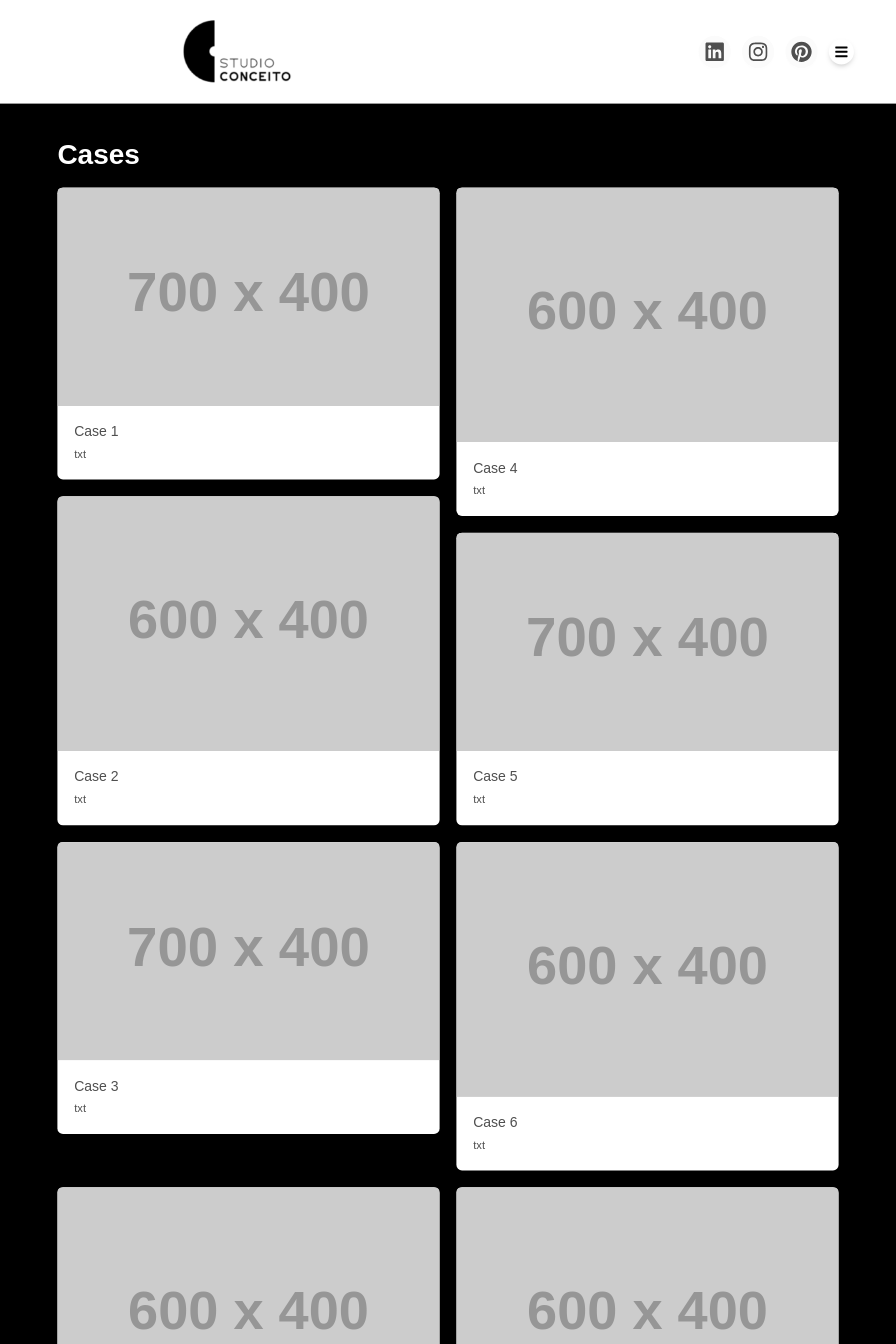
Repository: Upstairs-Agencia/studio-conceito-react
Page: /cases
These files come from the project's save history. The page is drawn as it stood at one moment and after a run of saves; the edit follows.
The browser window is 1280 px wide. The pictures show the part of the page from y = 0 to 1920 px (the page is 3413 px tall before and 1904 px after), at 70% of full size.
The project was rebuilt for these pictures with package versions that can differ from the ones it lists, and the page was loaded fresh each time. Also part of the build but not shown: src/pages/Home.js, src/pages/QuemSomos.js, src/pages/Servicos.js, src/pages/Blog.js, src/pages/Clientes.js, src/pages/Contato.js. Imported but missing from the stored project, and not drawn on this page: src/styles/cases.

Above is the page before, as saved 2024-12-29 11:25:12.

After the next 2 saves:
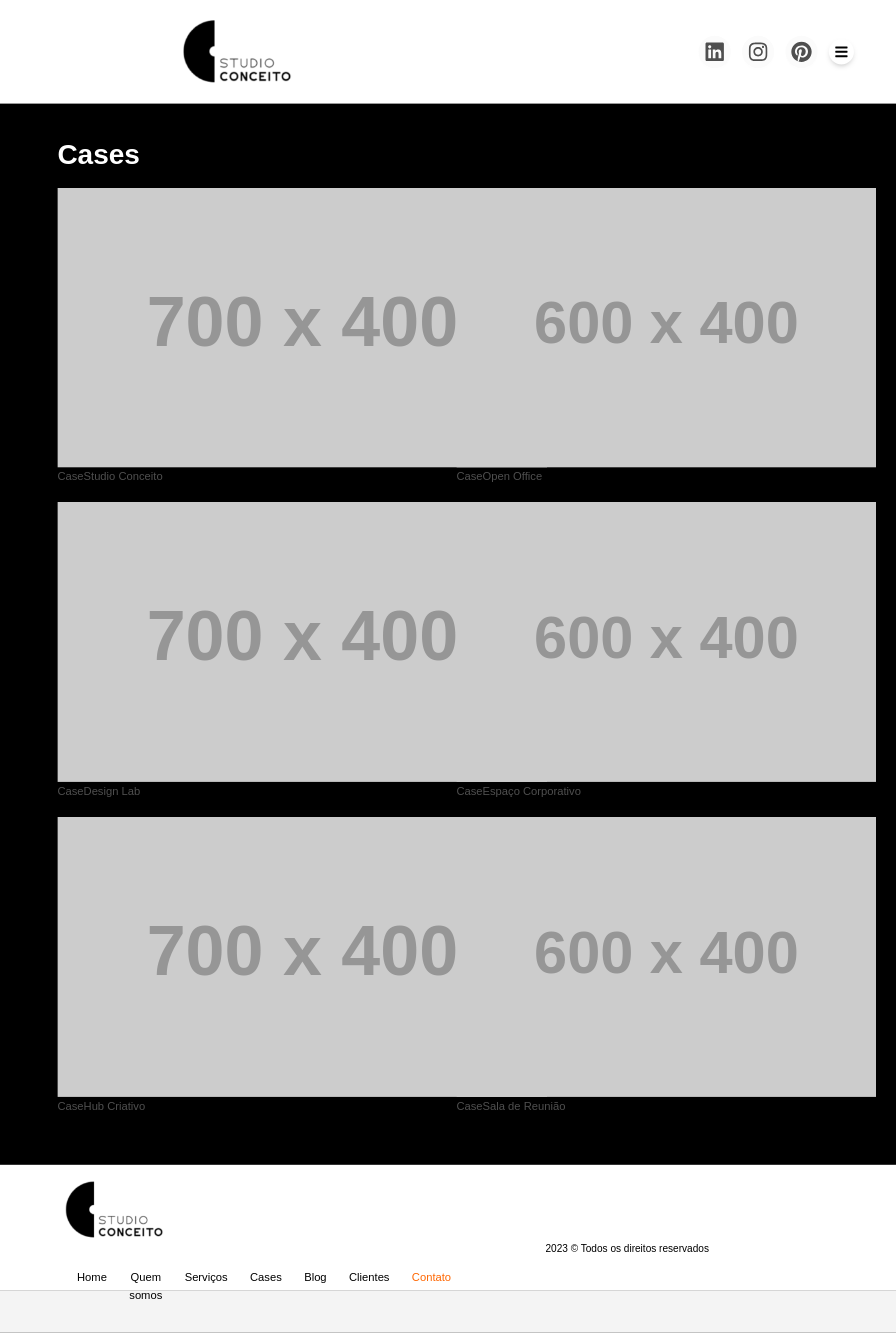
The 2 saves are shown as one change because 1 did not build or start.
The last was saved 21 s later.
--- a/src/pages/Cases.js
+++ b/src/pages/Cases.js
@@ -1,116 +1,85 @@
 import React from "react";
-import {MDBContainer,MDBRow,MDBCol,MDBCard,MDBCardImage,MDBCardBody,MDBCardTitle,MDBCardText} from "mdb-react-ui-kit";
-import Navbar from '../components/navbar';
-import Footer from '../components/footer';
-
-
+import {
+  MDBContainer,
+  MDBRow,
+  MDBCol,
+} from "mdb-react-ui-kit";
+import Navbar from "../components/navbar";
+import Footer from "../components/footer";
+import "../styles/cases";
 
 const caseStudies = [
   {
-    title: "Case 1",
-    description: "txt",
+    title: "Studio Conceito",
+    description: "Espaço moderno e funcional",
     image: "https://via.placeholder.com/700x400",
   },
   {
-    title: "Case 2",
-    description: "txt",
+    title: "Open Office",
+    description: "Ambiente colaborativo",
     image: "https://via.placeholder.com/600x400",
   },
   {
-    title: "Case 3",
-    description: "txt",
+    title: "Design Lab",
+    description: "Inovação e criatividade",
     image: "https://via.placeholder.com/700x400",
   },
   {
-    title: "Case 4",
-    description: "txt",
+    title: "Espaço Corporativo",
+    description: "Conforto e produtividade",
     image: "https://via.placeholder.com/600x400",
   },
   {
-    title: "Case 5",
-    description: "txt",
+    title: "Hub Criativo",
+    description: "Estilo e praticidade",
     image: "https://via.placeholder.com/700x400",
   },
   {
-    title: "Case 6",
-    description: "txt",
+    title: "Sala de Reunião",
+    description: "Elegância e tecnologia",
     image: "https://via.placeholder.com/600x400",
   },
 ];
 
 function Cases() {
   return (
-    <div style={{ backgroundColor: 'black' }}>
-    <Navbar />
-    <MDBContainer className="my-5">
-
-      <h1 className="mb-4"style={{alignItems: 'left', color: 'white', fontWeight: 'bold'}}>Cases</h1>
-      <MDBRow>
-        <MDBCol md="6">
-          {caseStudies.slice(0, 3).map((caseItem, index) => (
-            <MDBCard key={index} className="mb-4">
-              <MDBCardImage
-                src={caseItem.image}
-                position="top"
-                alt={`Imagem do ${caseItem.title}`}
-              />
-              <MDBCardBody>
-                <MDBCardTitle>{caseItem.title}</MDBCardTitle>
-                <MDBCardText>{caseItem.description}</MDBCardText>
-              </MDBCardBody>
-            </MDBCard>
+    <div style={{ backgroundColor: "black" }}>
+      <Navbar />
+      <MDBContainer className="my-5">
+        <h1
+          className="mb-4"
+          style={{
+            textAlign: "left",
+            color: "white",
+            fontWeight: "bold",
+          }}
+        >
+          Cases
+        </h1>
+        <MDBRow>
+          {caseStudies.map((caseItem, index) => (
+            <MDBCol md="6" className="mb-4" key={index}>
+              <div className="case-card">
+                <img
+                  src={caseItem.image}
+                  alt={`Imagem do ${caseItem.title}`}
+                  className="case-image"
+                />
+                <div className="case-overlay">
+                  <div className="case-info">
+                    <span className="case-title">Case</span>
+                    <span className="case-description">
+                      {caseItem.title}
+                    </span>
+                  </div>
+                </div>
+              </div>
+            </MDBCol>
           ))}
-        </MDBCol>
-        <MDBCol md="6">
-          {caseStudies.slice(3).map((caseItem, index) => (
-            <MDBCard key={index} className="mb-4">
-              <MDBCardImage
-                src={caseItem.image}
-                position="top"
-                alt={`Imagem do ${caseItem.title}`}
-              />
-              <MDBCardBody>
-                <MDBCardTitle>{caseItem.title}</MDBCardTitle>
-                <MDBCardText>{caseItem.description}</MDBCardText>
-              </MDBCardBody>
-            </MDBCard>
-          ))}
-        </MDBCol>
-        <MDBCol md="6">
-          {caseStudies.slice(3).map((caseItem, index) => (
-            <MDBCard key={index} className="mb-4">
-              <MDBCardImage
-                src={caseItem.image}
-                position="top"
-                alt={`Imagem do ${caseItem.title}`}
-              />
-              <MDBCardBody>
-                <MDBCardTitle>{caseItem.title}</MDBCardTitle>
-                <MDBCardText>{caseItem.description}</MDBCardText>
-              </MDBCardBody>
-            </MDBCard>
-          ))}
-        </MDBCol>
-        <MDBCol md="6">
-          {caseStudies.slice(3).map((caseItem, index) => (
-            <MDBCard key={index} className="mb-4">
-              <MDBCardImage
-                src={caseItem.image}
-                position="top"
-                alt={`Imagem do ${caseItem.title}`}
-              />
-              <MDBCardBody>
-                <MDBCardTitle>{caseItem.title}</MDBCardTitle>
-                <MDBCardText>{caseItem.description}</MDBCardText>
-              </MDBCardBody>
-            </MDBCard>
-          ))}
-        </MDBCol>
-      </MDBRow>
-    </MDBContainer>
-    <Footer />
+        </MDBRow>
+      </MDBContainer>
+      <Footer />
     </div>
-
   );
 }
 
